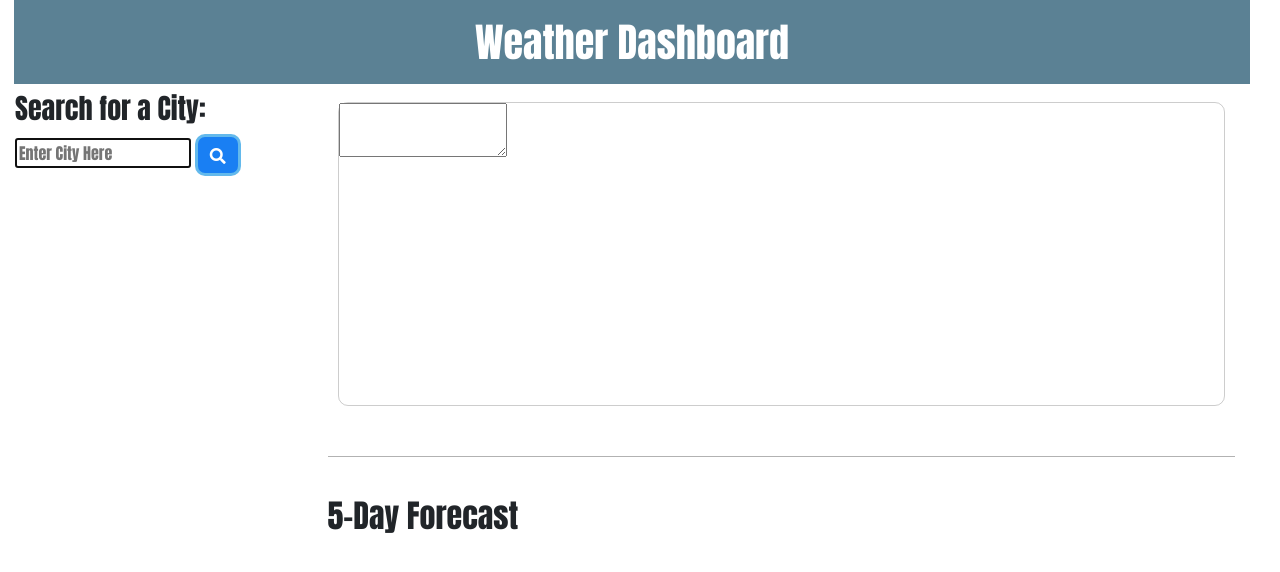
Repository: KHudaKoz/Weather-dashboard
Page: index.html
These files come from the project's save history. The page is drawn as it stood at one moment and after the next save; the edit follows.
The browser window is 1280 px wide. The pictures show the whole page.
Some web libraries are served in a nearby version.

Above is the page before, as saved 2021-01-31 18:52:51.

### index.html
<!DOCTYPE html>
<html lang="en">

<head>
    <meta charset="UTF-8">
    <meta name="viewport" content="width=device-width, initial-scale=1.0">
    <!-- external stylesheets start -->
    <link rel="stylesheet" href="https://stackpath.bootstrapcdn.com/bootstrap/4.3.1/css/bootstrap.min.css" />
    <link rel="stylesheet" href="https://use.fontawesome.com/releases/v5.8.1/css/all.css"
        integrity="sha384-50oBUHEmvpQ+1lW4y57PTFmhCaXp0ML5d60M1M7uH2+nqUivzIebhndOJK28anvf" crossorigin="anonymous" />
    <link href="https://fonts.googleapis.com/css?family=Open+Sans&display=swap" rel="stylesheet" />
    <!-- external stylesheets end -->
    <!-- local stylesheets start -->
    <link rel="stylesheet" href="assets\css\style.css" />
    <!-- local stylesheets end -->
    <title>Weather Dashboard</title>

</head>

<body class="flex-column min-100-vh">
    <header class="hero">
        <h1 class="dashboard-title">Weather Dashboard</h1>
    </header>

    <main class="container">
        <div class="row">
            <div class="col-3 col-md-3">
                <div class="card">
                    <h3 class="search-header">Search for a City:</h3>
                    <div id="search-form" class="search">
                        <input id="citySearch" class="city-search-input" type="text" autofocus="true" autocomplete="off"
                            placeholder="Enter City Here" />
                        <button id="search-button" class="btn searchBtn"><i
                                class="fas fa-search"></i></button>
                    </div>
                </div>
                <!-- HISTORY SEARCH LIST -->
                <div class="card"></div>
                <div id="select-city" class="city-selected">
                    <section id="button" class="fuckup"> </section>

                    <!-- list section to display city search history for user recall -->
                    <div id="history-area" class="history list">
                    </div>
                </div>
            </div>
               <div class="col-9 col-md-9">
            <div class="current-weather-container">
                <div id="current-weather"><textarea> </textarea></div>
                <div id="uv-display-styles"></div>
            </div>
            <br>
            <hr>
            <br>
            <h2>5-Day Forecast</h2>
            <div id="5day" class="row">

            </div>
        </div>
        </div>

    </main>
    <script src="https://code.jquery.com/jquery-3.5.1.min.js"></script>
    <script src="https://cdnjs.cloudflare.com/ajax/libs/moment.js/2.24.0/moment.min.js"></script>
    <script src="assets\js\script.js"></script>
</body>

</html>

### assets/css/style.css
:root {
    --primary-color: #5b8194;
    --secondary-color: #ffffff;
    --tertiary-color: #3b5475a6;
  }
*{
    box-sizing: border-box;
    font-family:Impact, Haettenschweiler, 'Arial Narrow Bold', sans-serif;
}


/* start of css */
.dashboard-title {
    background-color: var(--primary-color);
    color: white;
    text-align: center;
    padding: 18px;
    font-weight: lighter;
    margin-right: 30px;
    margin-left: 14px;

}
.container {
    display: flex;
    justify-content: space-between;
    max-width: 100%;
}
.col-sm-8 {
    padding-top: 10px;
}
.row {
    width: 100%;
}
.current-weather-container {
    display: flex;
    background-color: ;
    height: 19rem;
    border: 1px solid rgba(7, 7, 7, 0.2);
    border-radius: 10px;
    margin: 10px;
}

.search-box{
    border: none;
}
.card {
    border: none;
}

.card-header {
    padding: 5px 0px 5px 0px;
    border-bottom: none;
    font-size: 25px;
}

.btn {
    border: 1px solid var(--primary-color);
}
.searchBtn {
    background: rgb(25, 127, 243);
    color: white;
    border: 3px solid rgba(115, 197, 235, 0.829);
    border-radius: 10px;
}

hr {
    border-top: 1px solid black;
    opacity: 0.3;
}

#button {
    display: flex;
    flex-flow: column;
    max-width: 60%;
    background-color: rgba(7, 7, 7, 0.8);
}

.fave {
  background-color: seagreen;
  padding: .2cm;
  border-radius: .14cm;
  box-shadow: rgb(44, 46, 49);

}

.mode{
    background-color: yellow;
    padding: .2cm;
    border-radius: .14cm;
    box-shadow: rgb(44, 46, 49);
}

.seve {
   background-color: red;
   padding: .2cm;
    border-radius: .14cm;
    box-shadow: rgb(44, 46, 49);
}

### assets/js/script.js

//START OF GLOBAL VAR'S

//STORAGE ARRAY FOR SETTING and GETTING.
var cityHistory = []

//SET VAR SET CITYHISTORY STORAGE UNIVERSAL VARIBLE
var memorySet = function () {
    localStorage.setItem("cityHistory", JSON.stringify(cityHistory))
}


//SET VAR MY CITY RETRIEVE
var memoryLoad = function () {
    cityHistory = JSON.parse(localStorage.getItem("cityHistory")) || [];

}

function add(cityName) {
    var element = document.createElement("button");
    element.textContent = cityName;
    element.classList.add('historyChoice');
    element.id = "data-history";
    element.setAttribute('value', cityName),
        document.getElementById('button').appendChild(element);

    console.log(cityName)
}

function card(fiveDw) {
    var container = $('<div>');
    container.addClass("m-3 5para")
    //Date Ele Formating
    var dDate = new Date(fiveDw.dt * 1000);
    // Date specific by order.
    var date = $("<p>").text(dDate.getDay() + "/" + dDate.getMonth() + "/" + dDate.getUTCFullYear());
    var symbols = $('<img>').attr("src", "https://openweathermap.org/img/wn/" + fiveDw.weather[0].icon + ".png")
    var humidity = $("<p>").text(fiveDw.humidity)
    var temp = $("<p>").text(fiveDw.temp.day)
    container.append(date, symbols, temp, humidity)
    $('#5day').append(container)
    //console.log(fiveDw)

}

//FUNCTION FOR EVENT HANDLER LOCATED IN HTML

function myFunction(citySearch) {


    // let citySearch = document.querySelector('#citySearch').value;

    // BEGINNING OF API
    fetch(
        'http://api.openweathermap.org/data/2.5/weather?q=' + citySearch + '&units=Imperial&appid=80537c5878d1c4c5e4b0fb4912dedc85'
    )
        //PROMISE ONE HANDLING DATA RESPONSE
        .then(function (response) {
            return response.json();
        })
        //PROM TWO WORKING WITH DATA RECEIVED
        .then(function (data) {
            //VAR RETRIEVE

            var cityList = data.name;
            if (!data.name) {
                return;
            }
            //PREPPING FOR MEMORY STORAGE WITH VAR DUPLICATE BOLEAN STATEMENT T/F
            var duplicate = false;
            for (let i = 0; i < cityHistory.length; i++) {
                const element = cityHistory[i];

                if (element == cityList) {
                    duplicate = true;
                }

                //console.log(cityList);
            }
            if (!duplicate) {
                cityHistory.push(cityList);
                add(cityList);
                // SET TO STORGE WITH CITYLIST
                memorySet()
            }

            fetch('http://api.openweathermap.org/data/2.5/onecall?lat=' + data.coord.lat + '&lon=' + data.coord.lon + '&units=imperial&appid=80537c5878d1c4c5e4b0fb4912dedc85')

                .then(function (responseUv) {
                    return responseUv.json();
                })

                .then(function (data1) {
                    var uvPlease = data1.daily[0].uvi;
                    console.log(data1);
                    console.log(data);


                    // ADD VARS FOR DYNAMIC FOR MAIN TEMP
                    $("#current-weather").empty();
                    var mainDate = moment().format('L');
                    var cityNameEl = $("<h2>").text(data.name);
                    var dateDisplay = cityNameEl.append("  " + mainDate);
                    var symbols = $('<img>').attr("src", "https://openweathermap.org/img/wn/" + data1.current.weather[0].icon + ".png")
                    var tempEL = $("<p>").text("Tempature : " + data.main.temp + " °" + "F");
                    var humEl = $("<p>").text("Humidity :  " + data.main.humidity + " RH");
                    var windEl = $("<p>").text("Wind Speed :  " + data.wind.speed + "  Mph");
                    var UvEl = $("<texta>").text('UVI: ' + uvPlease);

                    // APPEND DYNAMIC MAIN TEMP
                    var newDiv = $('<div>');
                    newDiv.append(dateDisplay, symbols, tempEL, humEl, windEl, UvEl);
                    $("#current-weather").html(newDiv);


                    // BACKGROUND COLOR CHANGE USING FOR LOOP>

                        // LOW
                        if (uvPlease < 4) {
                            UvEl.addClass("fave")
                        }
                        // Mod
                        else if (uvPlease < 8) {
                            UvEl.addClass("mode")
                        }
                        // HIGh
                        else if (uvPlease < 15) {
                            UvEl.addClass("seve")
                        }




                    // PREVIOUS HISTORY DISPLAY LEFT SIDE DYNAMICALY CRETAT BUTTON


                    //document.getElementById("5day").innerHTML="";
                    $("#5day").empty();
                    for (var i = 1; i < 6; i++) {
                        card(data1.daily[i])

                    }


                });
        })

}


$(document).on("click", ".historyChoice", function (event) {
    var buttonCity = event.target
    var cityName = buttonCity.textContent;
    myFunction(cityName)
});


$('#search-button').on('click', function () {
    let citySearch = document.querySelector('#citySearch').value;
    myFunction(citySearch)
});


$(document).ready(function () {
    memoryLoad();
    for (let i = 0; i < cityHistory.length; i++) {
        const cityList = cityHistory[i];

        add(cityList)
    }


});


    // LOAD ON READY


   // var currentweather = data.weather[0].main;
// Create Functions for button

//function () {city


// fetch (
//      'http://api.openweathermap.org/data/2.5/uvi?lat=' + data.coord.lat + '&lon=' + data.coord.lon + '&units=imperial&appid=80537c5878d1c4c5e4b0fb4912dedc8')

//    .then (function(response) {
//     return response.json();
//    })

//    .then(function(dataUV) {

//    var data = data.value;
//    if(data.vaule >=0 ,2) {

//    }

//     console.log (value)

//    });

//    docume

//    if(!duplicate){
//     // storage.push(cityName);
//     // save();
//     // var city=document.createElement('li');
//     // city.setAttribute("class","list-group-item");
//     // city.setAttribute("value",cityName);
//     // city.textContent=cityName;
//     // listGroup.appendChild(city);

//     // listGroup.innerHTML="";
//     // for (let i = 0; i < memory.length; i++) {
//     // storage.push(memory[i])
//     // var city=document.createElement('li');
//     // city.setAttribute("class","list-group-item");
//     // city.setAttribute("value",memory[i]);
//     // city.textContent=memory[i];
//     // listGroup.appendChild(city);

//we need a var which is as function to retrive input from search term.

//var searchTerm =function () { var searchTerm = document.querySelector('#search-button').value };

//begin the fetch
    //step one we need to fetch the data (Fetch is the call){
        // 'url' + searchTerm + :='api key'
            // promise 1 which orignizing incomming
                // .then function (current-weather) {
                //return current-weather.json();
            // promise 2 which loads the data
                // .then function (current-weather) {
               //console.log(current-weather.data[0]);
//nested fetch for 5 day 3hr forcaste begins
    // 'url' + searchTerm + :='api key'
            // promise 1 which orignizing incomming
                // .then function (fiveday) {
                //return fiveday.json();
            // promise 2 which loads the data
                // .then function (fiveday) {
               //console.log(fiveday.data[0]);

    // to git appropreate response to the correct ontainer
           // var the correcto element name = documents.querySelector ('#idname", "3")
           // create functino of the storage and recall.


//going to need a var for conversion of timiture.
//going to meed a for loop for uv ray indexed
//going to need append icons with loop

After the next save:
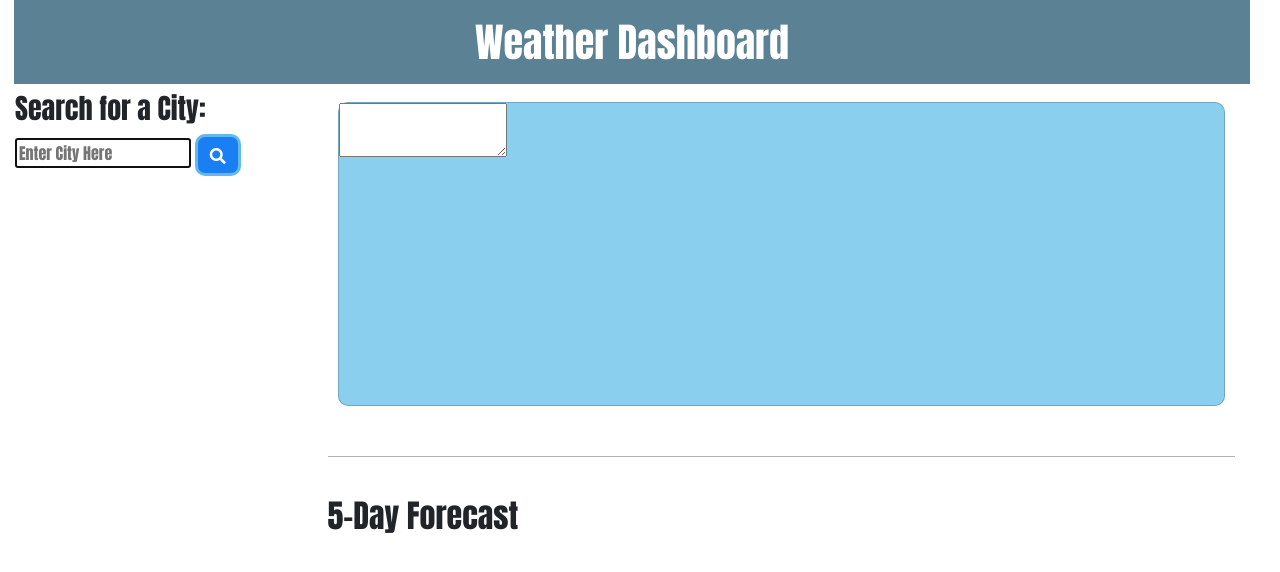
Saved 10 s later.
--- a/assets/css/style.css
+++ b/assets/css/style.css
@@ -33,7 +33,7 @@
 }
 .current-weather-container {
     display: flex;
-    background-color: ;
+    background-color: rgba(115, 197, 235, 0.829);
     height: 19rem;
     border: 1px solid rgba(7, 7, 7, 0.2);
     border-radius: 10px;
